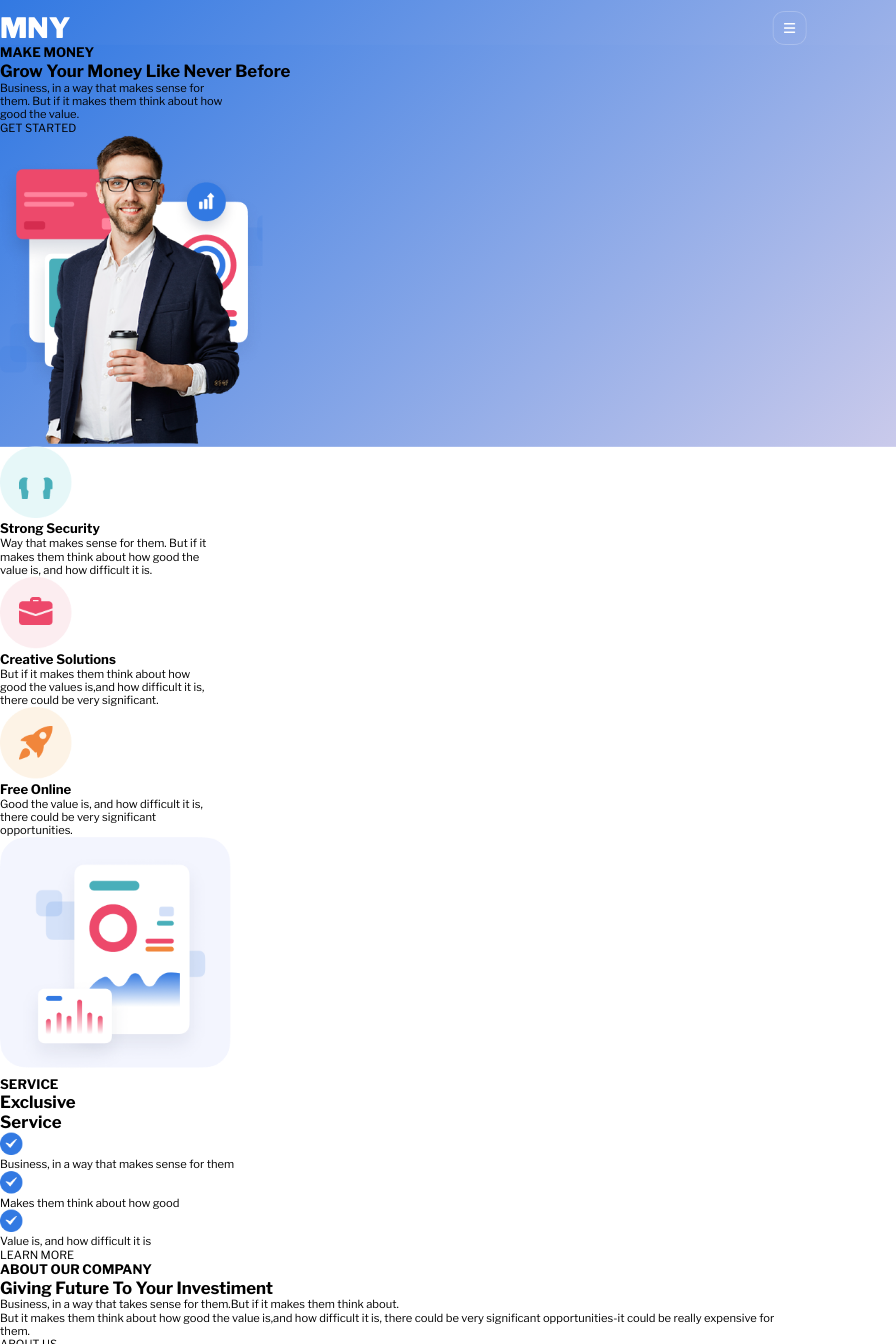
Repository: juniorAntunes910/Make-Money-Design-Avaliacao
Page: index.html
An editor plug-in stored every save of this project. The page is shown before and after a run of saves, followed by the edit.
The browser window is 1280 px wide. The pictures show the part of the page from y = 0 to 1920 px (the page is 4615 px tall before and 4667 px after), at 70% of full size.

Above is the page before, as saved 2026-03-13 08:13:01.

After the next 4 saves:
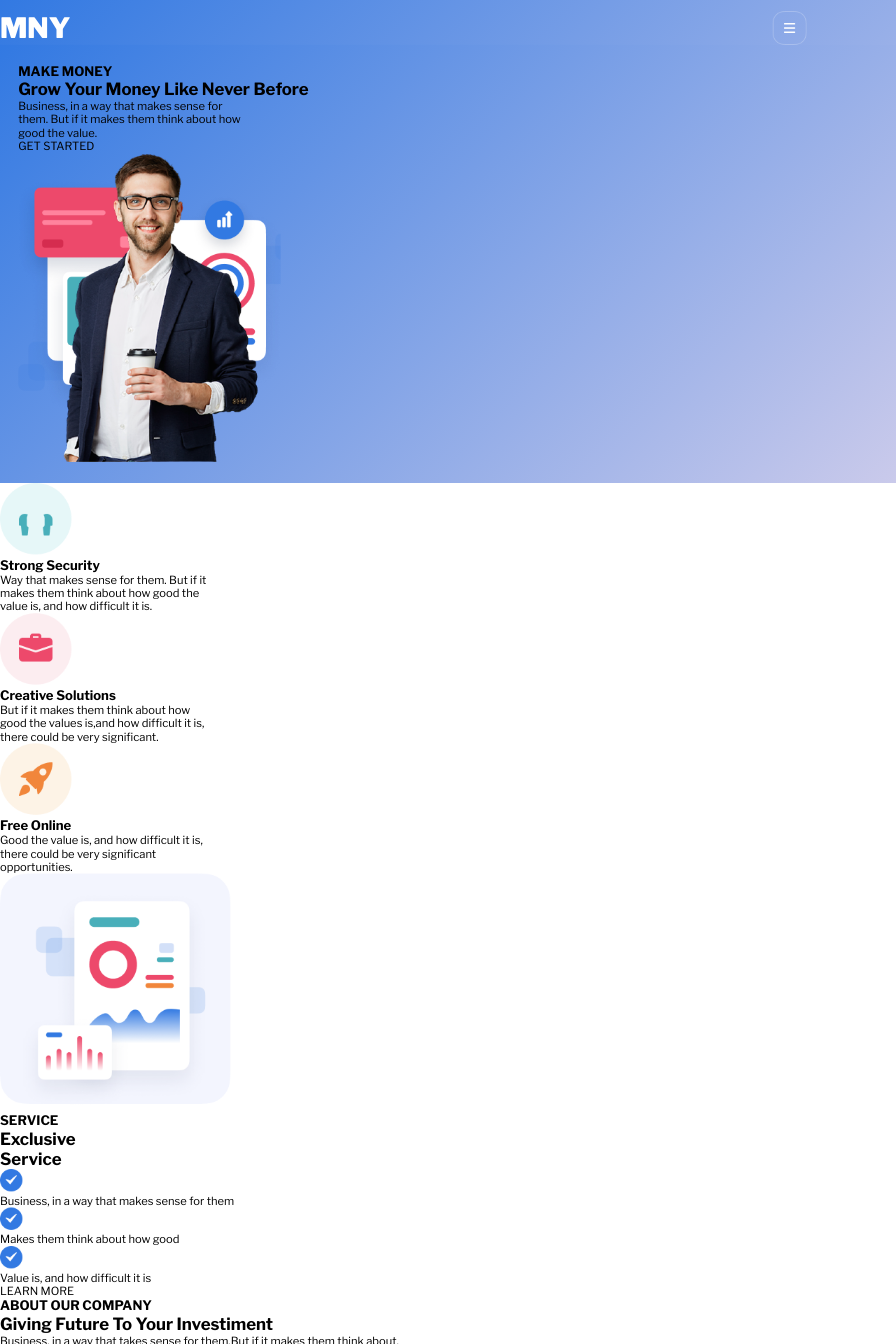
The 4 saves are shown as one change because they came seconds apart.
The last was saved 13 s later.
--- a/style.css
+++ b/style.css
@@ -89,3 +89,7 @@ header nav{
 }
 
 /* Hero */
+
+#hero{
+    padding: 1.625rem;
+}
